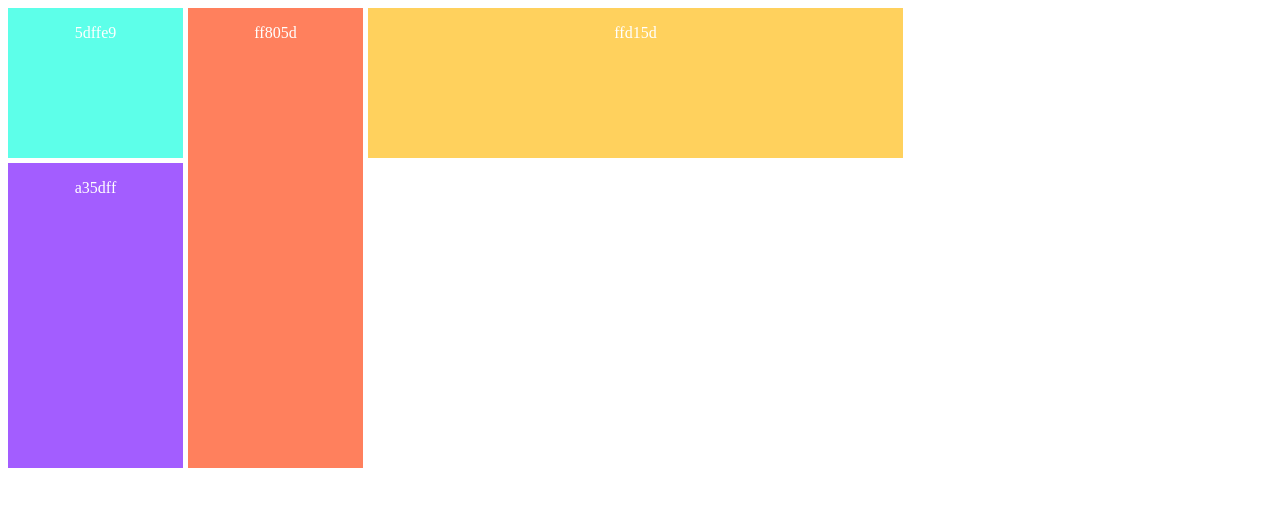
Repository: YoussefElsaygh/metrostyle
Page: index.html
The author's editor kept a copy of each file at every save. The page is drawn from the files as they stood at one save, then again after the next save.
The browser window is 1280 px wide. The pictures show the whole page.

Above is the page before, as saved 2019-12-15 16:46:04.

### index.html
<!DOCTYPE html>
<html lang="en">
<head>
    <meta charset="UTF-8">
    <meta name="viewport" content="width=device-width, initial-scale=1.0">
    <meta http-equiv="X-UA-Compatible" content="ie=edge">
    <link  type="text/css" rel="stylesheet" href="index.css"/>

    <title>MetroStyle Colors</title>
</head>
<body>
 <div class="wrapper" id="wrapper"></div>
</body>
<script src="index.js"></script>
</html>

### index.css
.wrapper {
    overflow-x: scroll;
    overflow-y: hidden;
    width: 100%;
    display: grid;
    grid-gap: 5px;
    grid-template-columns:repeat(5,175px);
    grid-template-rows:repeat(3, 150px);
  }

### index.js
var scoperows=3;
var scopecols=1;
var scopeimages=[{
    type: 1,
    data: {
        clickCallback: () => {
            console.log("item clicked ");
        },
        backgroundStyle: {
            backgroundColor: "#5dffe9"
        },
        text: {
            label: "5dffe9",
            textStyle: {
                color: "white"
            }
        },
    },
},
{
    type: 3,
    align:'vertical',

    data: {
        backgroundStyle: {
            backgroundColor: "#ff805d"
        },
        clickCallback: () => {
            console.log("item clicked ");
        },
        text: {
            label: "ff805d",
            textStyle: {
                color: "White"
            }
        }

    }},{
        type: 3,
        align:'horizontal',

        data: {
            backgroundStyle: {
                backgroundColor: "#ffd15d"
            },
            clickCallback: () => {
                console.log("item clicked ");
            },

            text: {
                label: "ffd15d",
                textStyle: {
                    color: "White"
                }
            }

        }},{
            type: 2,
            align:'vertical',

            data: {

                clickCallback: () => {
                    console.log("item clicked ");
                },
                backgroundStyle: {
                    backgroundColor: "#a35dff"
                },
                text: {
                    label: "a35dff",
                    textStyle: {
                        color: "White"
                    }
                }

            }}]

                var scopegridView = new Array(scoperows);
                            for (let i = 0; i < scopegridView.length; i++) {
                                scopegridView[i] = new Array(scopecols);
                                for (let j = 0; j < scopegridView[i].length; j++) {
                                    scopegridView[i][j] = 0;
                                }
                            }

                            for (let i = 0; i < scopeimages.length; i++) {
                                draw(scopeimages[i]);
                            }

            function setStyle(elem, propertyObject) {
                for (var property in propertyObject)
                    elem.style[property] = propertyObject[property];
            }

            function populateDataInField({row, col, img, divStyle, imageStyle}) {
                 if(img.align=='horizontal') {
                    for (let i = 0; i < img.type; i++) {
                        scopegridView[row][col + i] = 1;
                    }
                }
                else{
                    for (let i = 0; i < img.type; i++) {
                        scopegridView[row + i][col] = 1;
                    }
                }

                let div = document.createElement("DIV");
                let image = document.createElement("IMG");
                let paragraph = document.createElement("P");

                setStyle(div, divStyle);

                if (img.data) {
                    div.onclick = img.data.clickCallback;
                    setStyle(div, img.data.backgroundStyle);
                    if (img.data.imageSource) {
                        /**
                         * In case of full block image
                         * @type {string}
                         */
                        image.src = img.data.imageSource;
                        image.onerror = function() {
                            if(img.data.imageErrSrc){
                            image.src = img.data.imageErrSrc;
                            }

                        }

                        setStyle(image, {
                            maxWidth: "100%",
                            height: "100%",
                            width: "100%",
                            objectFit: "cover",
                            objectPosition:'100% 20%',
                            borderRadius:"5px"

                        });
                        setStyle(image, imageStyle);
                        div.appendChild(image);
                        if (img.data.text && img.data.text.label) {
                            setStyle(paragraph, {
                                position: "relative",
                                top: "-52px",
                                wordBreak: 'break-word'
                            });
                        }
                    } else {
                        /**
                         * In case of small icon only
                         */
                        if (img.data.icon && img.data.icon.iconSource) {
                            image.src = img.data.icon.iconSource;
                            setStyle(image, {
                                maxWidth: "50%",
                                padding: "10px"
                            });
                            setStyle(image, img.data.icon.iconStyle);
                            div.appendChild(image);
                            if (img.data.text && img.data.text.label) {
                                // setStyle(paragraph, {
                                //   paddingTop: ""
                                // });
                            }
                        }
                    }
                    if (img.data.text) {
                        if (img.data.text.label) {
                            paragraph.innerHTML = img.data.text.label;

                            setStyle(paragraph, {
                                textAlign: "center"
                            });
                            setStyle(paragraph, img.data.text.textStyle);

                            div.appendChild(paragraph);
                        }
                    }
                }
                document.getElementById("wrapper").appendChild(div);
            }

            function compareRowArray(col, row, gridView, type) {
                if (type == 0) {
                    return true;
                } else {
                    return (
                        gridView[row + type - 1][col] == 0 &&
                        compareRowArray(col, row, gridView, type - 1)
                    );
                }
            }

            function compareColArray(col, row, gridView, type) {
                if (type == 0) {
                    return true;
                } else {
                    return (
                        gridView[row][col + type - 1] == 0 &&
                        compareColArray(col, row, gridView, type - 1)
                    );
                }
            }

            function addColumn(var_rows, var_cols, gridView) {
                for (let i = 0; i < scoperows; i++) {
                    gridView[i].push(0);
                }
                scopecols++;
            }

            /**
             * return true in case there is no available row
             * @returns {boolean}
             */
            function rowCheckAvaialble(row, type) {
                return row < scoperows - type + 1;
            }

            /**
             * return true in case there is no available column
             * @returns {boolean}
             */
            function colCheckAvaialble(col, type) {
                return col < scopecols - type + 1;
            }

            function checkAvailableSinglePlace() {
                for (var i = 0; i < scoperows; i++) {
                    for (var j = 0; j < scopecols; j++) {
                        if (scopegridView[i][j] == 0) {
                            return true;
                        }
                    }
                }
                return false;
            }

            function checkAvailableVerticalPlace(type) {
                for (let i = 0; i < scoperows; i++) {
                    for (let j = 0; j < scopecols; j++) {
                        if (i + type - 1 < scoperows)
                            if (compareRowArray(j, i, scopegridView, type)) {
                                return true;
                            }
                    }
                }
                return false;
            }

            function checkAvailableTripleHorizontalPlace(type) {
                for (let i = 0; i < scoperows; i++) {
                    for (let j = 0; j < scopecols; j++) {
                        if (j + type - 1 < scopecols)
                            if (compareColArray(j, i, scopegridView, type)) {
                                return true;
                            }
                    }
                }
                return false;
            }

            function rowPopulation({row, col, img}) {
                populateDataInField({
                    row,
                    col,
                    img,
                    divStyle: {
                        gridColumnStart: col + 1,
                        gridColumnEnd: col + 2,
                        gridRowStart: row + 1,
                        gridRowEnd: row + img.type + 1
                        // borderRadius:'5px'
                    }
                });
            }

            function colPopulation({row, col, img}) {
                populateDataInField({
                    row,
                    col,
                    img,
                    divStyle: {
                        gridColumnStart: col + 1,
                        gridColumnEnd: col + 1 + img.type,
                        gridRowStart: row + 1,
                        gridRowEnd: row + 2
                        // borderRadius:'5px'

                    }
                });
            }

            function draw(img) {
                outer_loop: for (let col = 0; col < scopecols; col++) {
                    for (let row = 0; row < scoperows; row++) {
                        switch (img.align) {
                            case 'vertical':
                                case undefined:

                                if (checkAvailableVerticalPlace(img.type)) {
                                    if (rowCheckAvaialble(row, img.type) && compareRowArray(col, row, scopegridView, img.type)) {
                                        rowPopulation({row, col, img});
                                        break outer_loop;
                                    }

                                } else {
                                    addColumn(scoperows, scopecols, scopegridView);
                                }

                                break;
                            case 'horizontal':
                                if (checkAvailableTripleHorizontalPlace(img.type)) {
                                    if (colCheckAvaialble(col, img.type) && compareColArray(col, row, scopegridView, img.type)) {
                                        colPopulation({row, col, img});
                                        break outer_loop;
                                    }

                                } else {
                                    addColumn(scoperows, scopecols, scopegridView);
                                }
                                break;
                                default:
                                        if (
                                                    scopegridView[row][col] != 0 &&
                                                    !checkAvailableSinglePlace()
                                                ) {
                                                    addColumn(scoperows, scopecols, scopegridView);
                                                    break;
                                                }

                                                if (scopegridView[row][col] == 0) {
                                                    scopegridView[row][col] = 1;
                                                    populateDataInField({
                                                        row,
                                                        col,
                                                        img,
                                                        divStyle: {
                                                            gridColumnStart: col + 1,
                                                            gridColumnEnd: col + 2,
                                                            gridRowStart: row + 1,
                                                            gridRowEnd: row + 2
                                                            // borderRadius:'5px',

                                                        }
                                                    });

                                                    break outer_loop;
                                                }
                                    break;
                        }
                    }
                }
            }

After the next save:
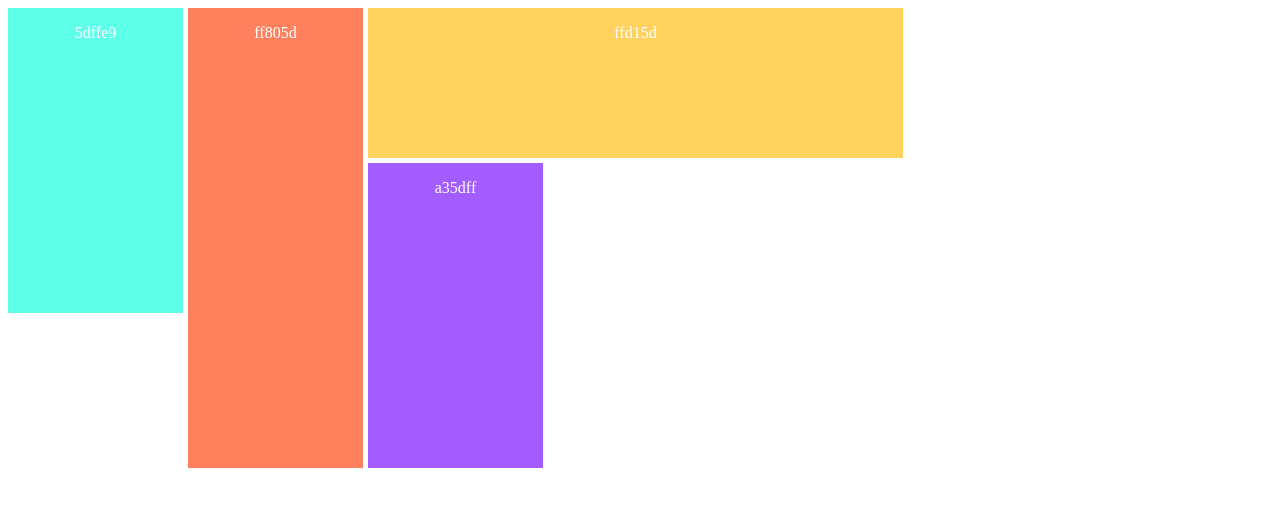
Saved 11 h 4 min later.
--- a/index.js
+++ b/index.js
@@ -1,7 +1,7 @@
 var scoperows=3;
 var scopecols=1;
 var scopeimages=[{
-    type: 1,
+    type: 2,
     data: {
         clickCallback: () => {
             console.log("item clicked ");
